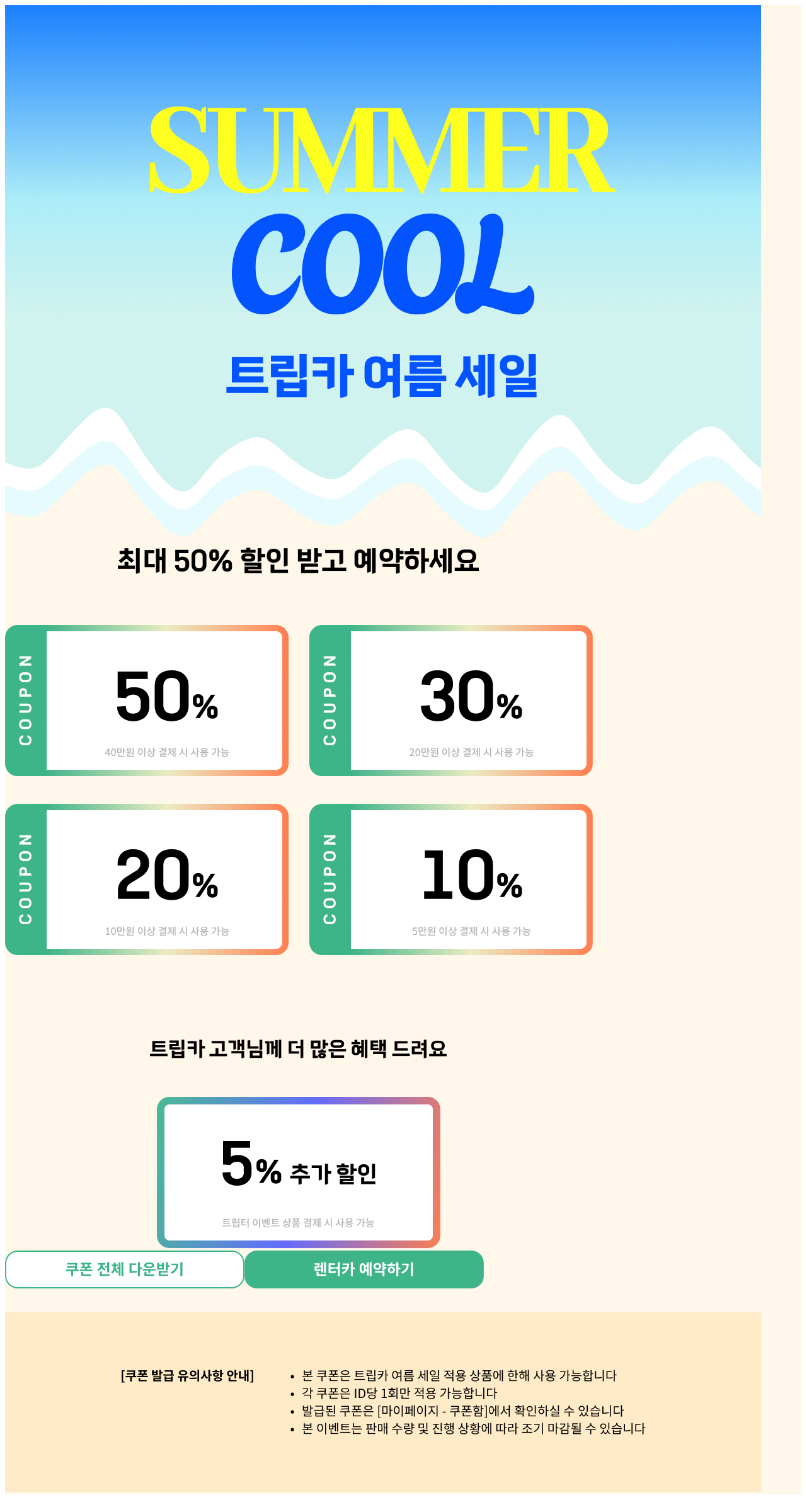
Repository: shin-eekk/project_temp
Page: project.html
An editor plug-in stored every save of this project. The page is shown before and after the next save, followed by the edit.
The browser window is 1280 px wide. The pictures show the whole page, at 63% of full size.

Above is the page before, as saved 2025-03-25 13:31:17.

After the next save:
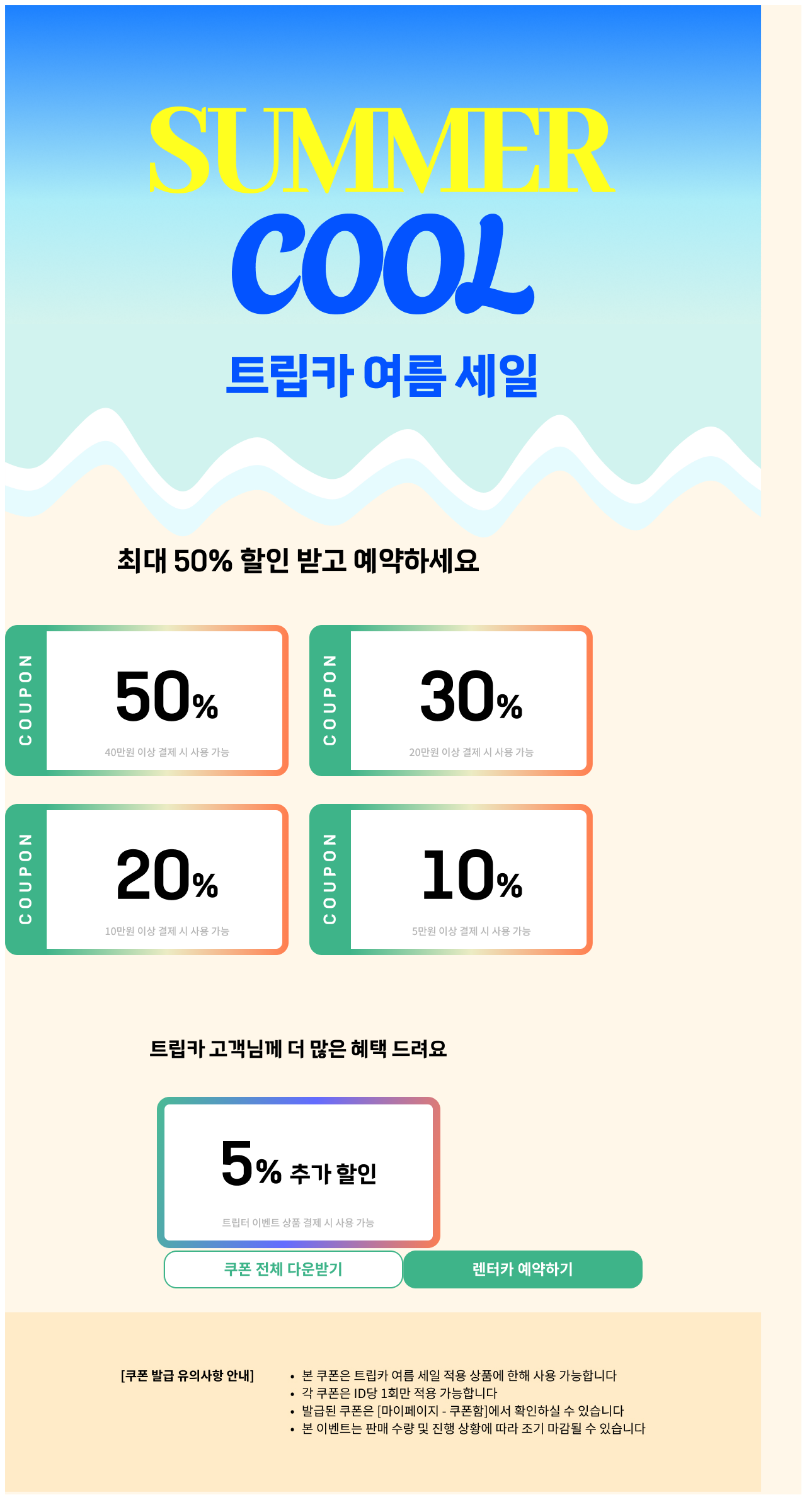
Saved 7 s later.
--- a/project.html
+++ b/project.html
@@ -10,7 +10,7 @@
         <img src="./img/projectBananer.png" alt="">
         <div class="wrap">
             <img src="./img/project_coupon.png" alt="">
-            <div style="display: flex;">
+            <div style="display: flex; justify-content: center ;">
                 <a href="">
                     <img src="./img/btn_all.png" alt="">
                 </a>
